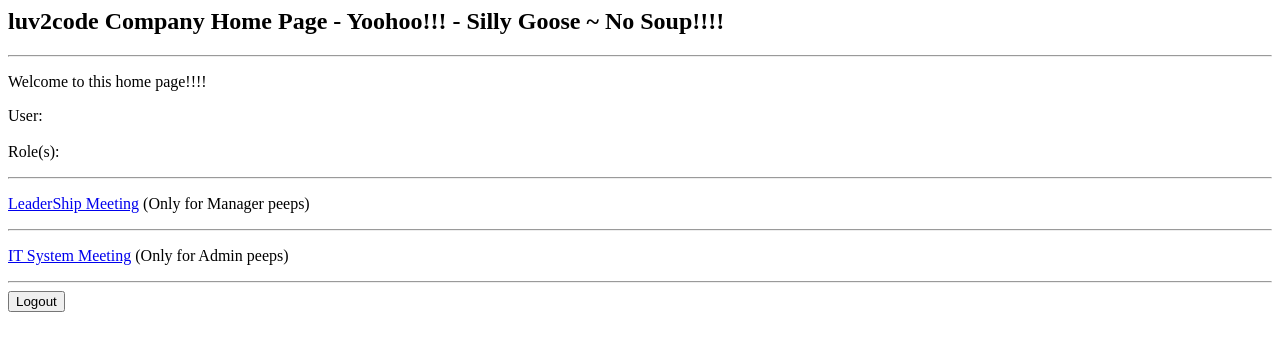
Repository: JT12s/Ecllipse-SpringPrcaticeProject
Page: http://localhost/spring-security-demo-07-user-roles/WEB-INF/view/home.jsp
The author's editor kept a copy of each file at every save. The page is drawn from the files as they stood at one save, then again after the next save.
The browser window is 1280 px wide. The pictures show the whole page.
The page is served by Tomcat 9. Nobody is signed in. The template is opened directly, without the code that normally fills it, so the values that code supplies are empty.

Above is the page before, as saved 2022-08-07 01:51:28.

After the next save:
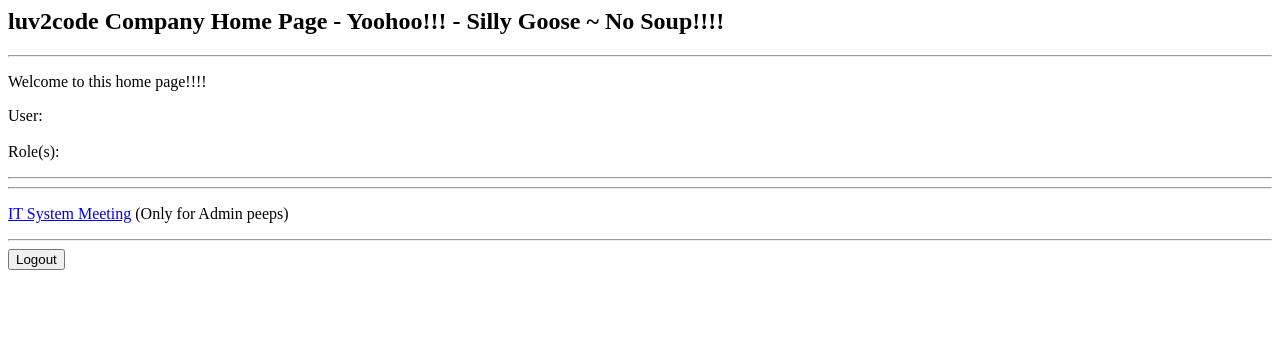
Saved 36 s later.
--- a/spring-security-demo-07-user-roles/src/main/webapp/WEB-INF/view/home.jsp
+++ b/spring-security-demo-07-user-roles/src/main/webapp/WEB-INF/view/home.jsp
@@ -24,12 +24,15 @@
 
 	<hr>
 
-	<!-- Add a link to point to /leaders ... this is for the managers -->
+	<security:authorize>
 
-	<p>
-		<a href="${pageContext.request.contextPath}/leaders">LeaderShip Meeting</a>
-		(Only for Manager peeps)
-	</p>
+		<!-- Add a link to point to /leaders ... this is for the managers -->
+
+		<p>
+			<a href="${pageContext.request.contextPath}/leaders">LeaderShip Meeting</a>
+			(Only for Manager peeps)
+		</p>
+	</security:authorize>
 	<hr>
 
 	<!-- Add a link to point to /systems ... this is for the admins -->
